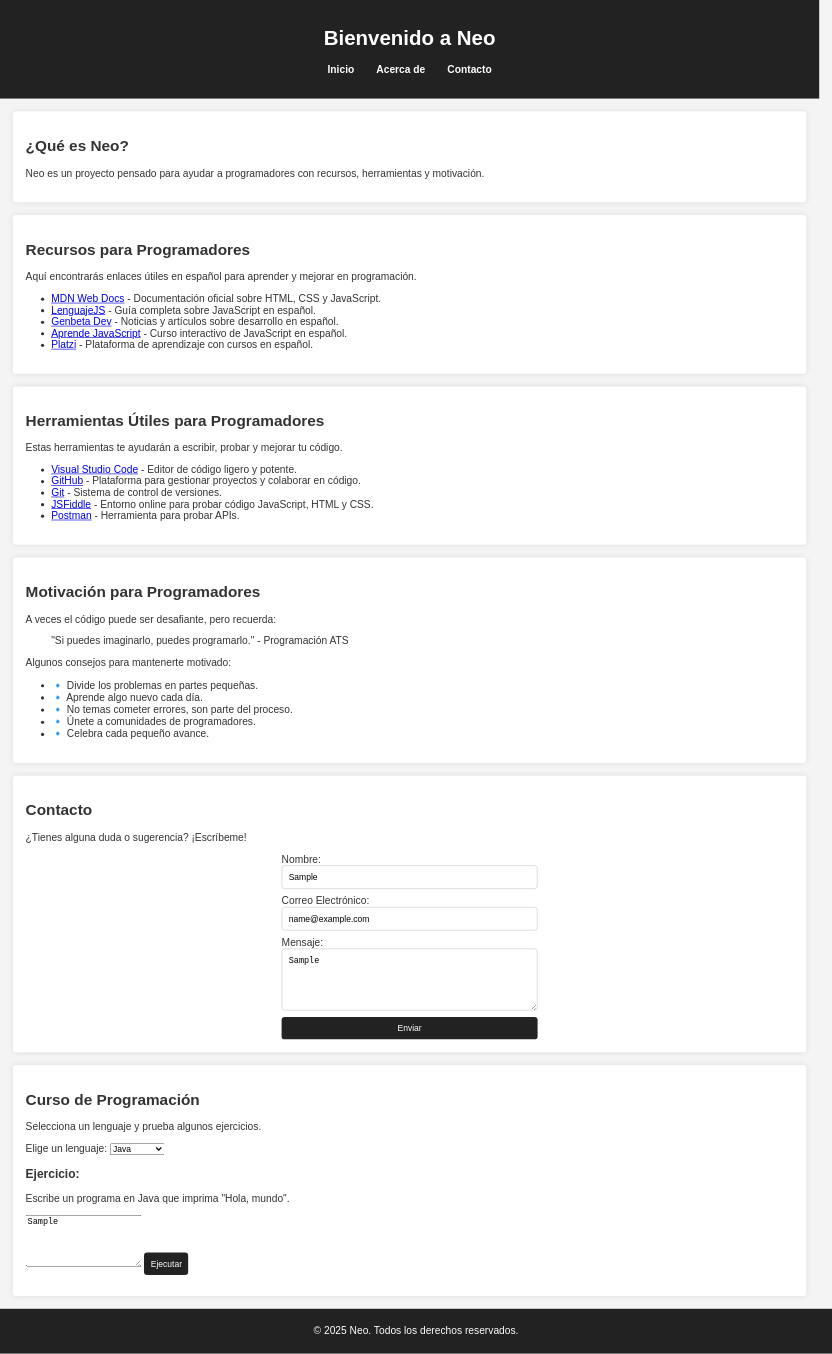
Repository: TapZc/getya_proyect
Page: index.html
These files come from the project's save history. The page is drawn as it stood at one moment and after the next save; the edit follows.
The browser window is 1280 px wide. The page is 1300 px wide, so the pictures cover 1300 px, including what lies to the right of the window. The pictures show the whole page, at 64% of full size.
Empty fields were first filled with sample values (such as "Sample", 5 or name@example.com).
After loading, the first visible `button[onclick="ejecutarCodigo()"]` was clicked once.

Above is the page before, as saved 2025-02-21 07:27:19.
Console error: ReferenceError: ejecutarCodigo is not defined

After the next save:
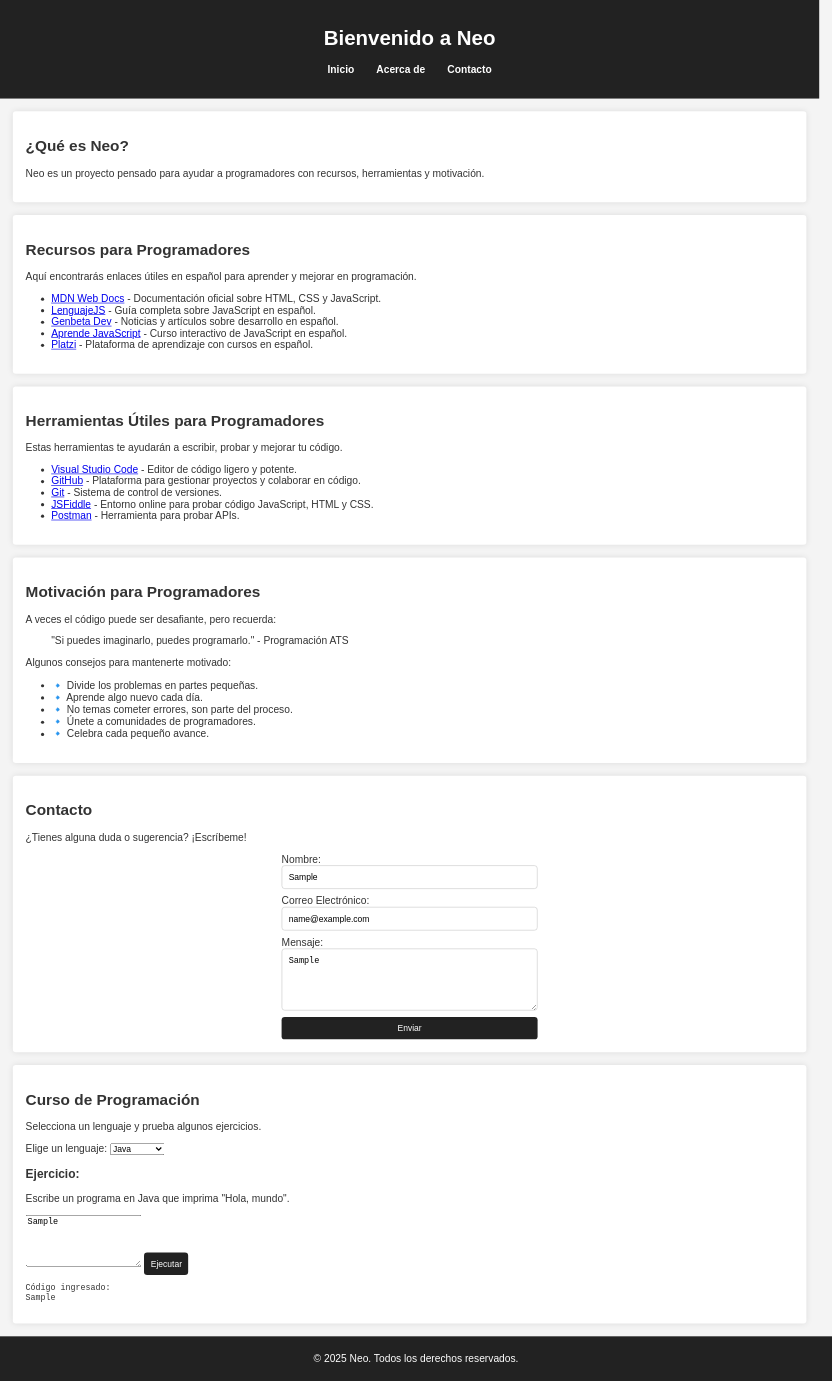
The error is gone.
Saved 33 s later.
--- a/index.html
+++ b/index.html
@@ -6,6 +6,18 @@
     <title>Neo</title>
     <link rel="stylesheet" href="styles.css">
 </head>
+
+<script>
+    function ejecutarCodigo() {
+        let codigo = document.getElementById("codigo").value;
+        let resultado = document.getElementById("resultado");
+
+        // Por ahora, solo mostramos el código ingresado (simulación)
+        resultado.textContent = "Código ingresado:\n" + codigo;
+    }
+</script>
+
+
 <body>
     <header>
         <h1>Bienvenido a Neo</h1>
